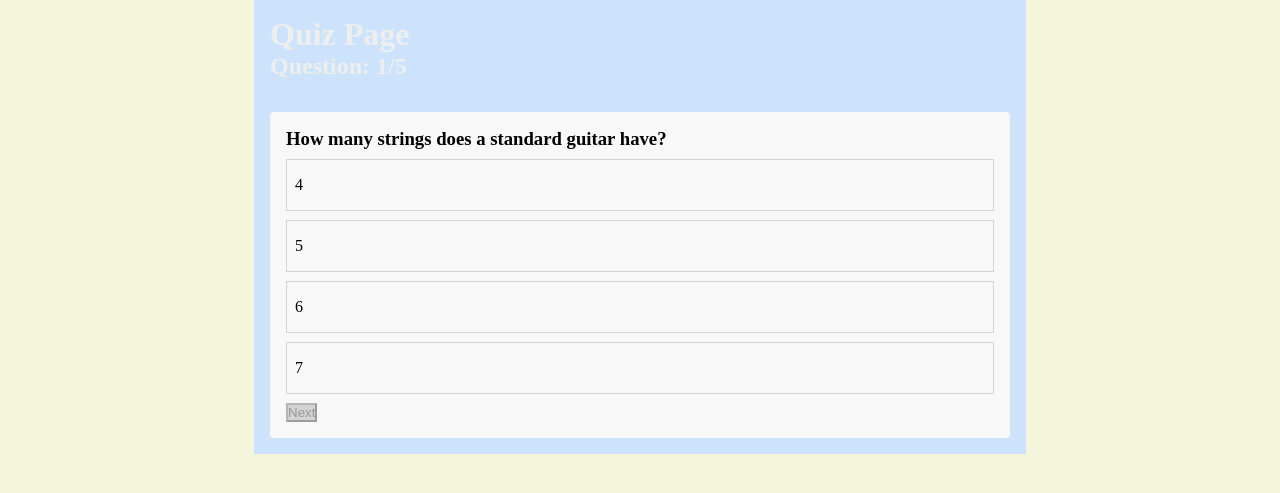
Repository: 1medi/pocketprof
Page: /quiz/page
These files come from the project's save history. The page is drawn as it stood at one moment and after the next save; the edit follows.
The browser window is 1280 px wide. The pictures show the whole page.
Some web fonts or font styles are not loaded; a fallback is used. The project was rebuilt for these pictures with package versions that can differ from the ones it lists, and the page was loaded fresh each time. The framework's server and built-in components were replaced by stand-ins that run in the browser. Also part of the build but not shown: next.config.mjs.

Above is the page before, as saved 2024-04-07 00:05:09.

### pages/quiz/page.jsx
'use client';
import React, { useState } from 'react';
import { quiz } from "../data"
import styles from "./page.module.css"
import { Noto } from "next/font/google"

export default function Page() {
  const noto = Noto({subsets: ['latin']})
  const [activeQuestion, setActiveQuestion] = useState(0);
  const [selectedAnswer, setSelectedAnswer] = useState('');
  const [checked, setChecked] = useState(false);
  const [selectedAnswerIndex, setSelectedAnswerIndex] = useState(null);
  const [showResult, setShowResult] = useState(false);
  const [result, setResult] = useState({
    score: 0,
    correctAnswers: 0,
    wrongAnswers: 0,
  });

  const { questions } = quiz;
  const { question, answers, correctAnswer } = questions[activeQuestion];

  const onAnswerSelected = (answer, idx) => {
    setChecked(true);
    setSelectedAnswerIndex(idx);
    if (answer === correctAnswer) {
      setSelectedAnswer(true);
      console.log('true');
    } else {
      setSelectedAnswer(false);
      console.log('false');
    }
  };

  // Calculate score and increment to next question
  const nextQuestion = () => {
    setSelectedAnswerIndex(null);
    setResult((prev) =>
      selectedAnswer
        ? {
            ...prev,
            score: prev.score + 5,
            correctAnswers: prev.correctAnswers + 1,
          }
        : {
            ...prev,
            wrongAnswers: prev.wrongAnswers + 1,
          }
    );
    if (activeQuestion !== questions.length - 1) {
      setActiveQuestion((prev) => prev + 1);
    } else {
      setActiveQuestion(0);
      setShowResult(true);
    }
    setChecked(false);
  };

  return (
    <div className={styles.container}>
      <h1 className={styles.title}>Quiz Page</h1>
      <div>
        <h2 className={styles.activeQ}>
          Question: {activeQuestion + 1}
          <span>/{questions.length}</span>
        </h2>
      </div>
      <div>
        {!showResult ? (
          <div className={styles.quizContainer}>
            <h3 className={styles.question}>{questions[activeQuestion].question}</h3>
            {answers.map((answer, idx) => (
              <li
                key={idx}
                onClick={() => onAnswerSelected(answer, idx)}
                className={`${styles.answerList} ${selectedAnswerIndex === idx ? styles.itemSelected : styles.itemHover}`}
              >
                <span>{answer}</span>
              </li>
            ))}
            {checked ? (
              <button onClick={nextQuestion} className={styles.btn}>
                {activeQuestion === question.length - 1 ? 'Finish' : 'Next'}
              </button>
            ) : (
              <button onClick={nextQuestion} disabled className={styles.btnDisabled}>
                {' '}
                {activeQuestion === question.length - 1 ? 'Finish' : 'Next'}
              </button>
            )}
          </div>
        ) : (
          <div className={styles.quizContainer}>
            <h3 className={styles.hthree}>Results</h3>
            <h3 className={styles.hthree}>Overall {(result.score / 25) * 100}%</h3>
            <p className={styles.paragraph}>
              Total Questions: <span>{questions.length}</span>
            </p>
            <p className={styles.paragraph}>
              Total Score: <span>{result.score}</span>
            </p>
            <p className={styles.paragraph}>
              Correct Answers: <span>{result.correctAnswers}</span>
            </p>
            <p className={styles.paragraph}>
              Wrong Answers: <span>{result.wrongAnswers}</span>
            </p>
            <button className={styles.btn} onClick={() => window.location.reload()}>Restart</button>
          </div>
        )}
      </div>
    </div>
  );
};

### styles/globals.css
:root {
background-color: beige;
align-content: center;
--main-color-purple: #8E71D5;
--main-color-lightpurple: #CCBFED;
--secondary-color-blue: #9AB7F9;
--secondary-color-lightblue: #CCE3FB;

--main-font: "mont", sans-serif;


}


* {
    padding: 0;
    margin: 0;
  }

  ol,
  ul {
    list-style: none;
  }

### pages/data.js
export const quiz = {
    totalQuestions: 5,
    questions: [
      {
        id: 1,
        question: 'How many strings does a standard guitar have?',
        answers: ['4', '5', '6', '7'],
        correctAnswer: '6',
      },
      {
        id: 2,
        question: 'Which part of the guitar do you strum or pluck the strings with?',
        answers: ['Headstock', 'Fretboard', 'Body', 'Bridge'],
        correctAnswer: 'Body',
      },
      {
        id: 3,
        question: 'What is a pick used for in playing the guitar?',
        answers: ['Holding the strings down', 'Strumming or plucking the strings', 'Keeping the guitar in tune', 'San Marino'],
        correctAnswer: 'Strumming or plucking the strings',
      },
      {
        id: 4,
        question: 'What is the name of the thickest string on the guitar?',
        answers: ['A string', 'E string', 'D string', 'G string'],
        correctAnswer: 'E string',
      },
      {
        id: 5,
        question: 'Where do you place your fingers to play different notes on the guitar?',
        answers: ['On the body', 'On the headstock', 'On the strings over the fretboard', 'On the tuning pegs'],
        correctAnswer: 'On the strings over the fretboard',
      },
    ],
  };

### pages/quiz/page.module.css


.container{
    padding: 1rem;
    background-color: var(--secondary-color-lightblue);
  }

.title,
.activeQ{
    color: #eee;
  }

  .hthree {
    padding-bottom: 2rem;
    color: #000105;
    font-size: 1.8rem;
  }

  .btn {
    padding: 16px 8px;
    width: 100%;
    margin-top: 12px;
    font-size: 1rem;
    border-radius: 4px;
    cursor: pointer;
    background-color: #808080;
    color: #f8f8f8;
  }

  .btnDisabled {
    background-color: lightgray;
  }

  .answerList {
    list-style-type: none;
    cursor: pointer;
    margin: 9px 0;
    padding: 16px 8px;
    color: #000105;
    border: 1px solid lightgray;
  }

  .itemHover:hover {
    background-color: #d8d8d8;
    columns: #fff;
  }

  .itemSelected {
    color: #fff;
    background-color: #000925;
  }

  .container {
    max-width: 740px;
    width: 100%;
    margin: auto;
    padding: 1rem;
  }

  .quizContainer {
    background-color: #f8f8f8;
    padding: 1rem;
    margin-top: 2rem;
    border-radius: 4px;
  }

  .paragraph {
    padding: 8px 0;
  }

Loaded but not shown: pages/_app.js (common file); pages/_document.js (common file)

After the next save:
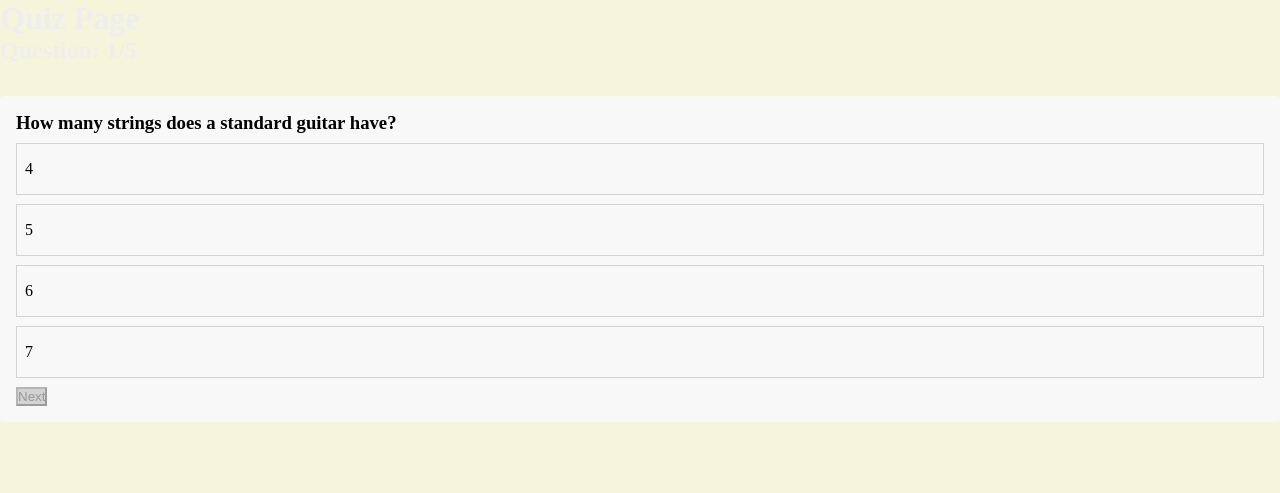
Saved 16 s later.
--- a/pages/quiz/page.jsx
+++ b/pages/quiz/page.jsx
@@ -57,7 +57,7 @@ export default function Page() {
   };
 
   return (
-    <div className={styles.container}>
+    <div className={noto.container}>
       <h1 className={styles.title}>Quiz Page</h1>
       <div>
         <h2 className={styles.activeQ}>
